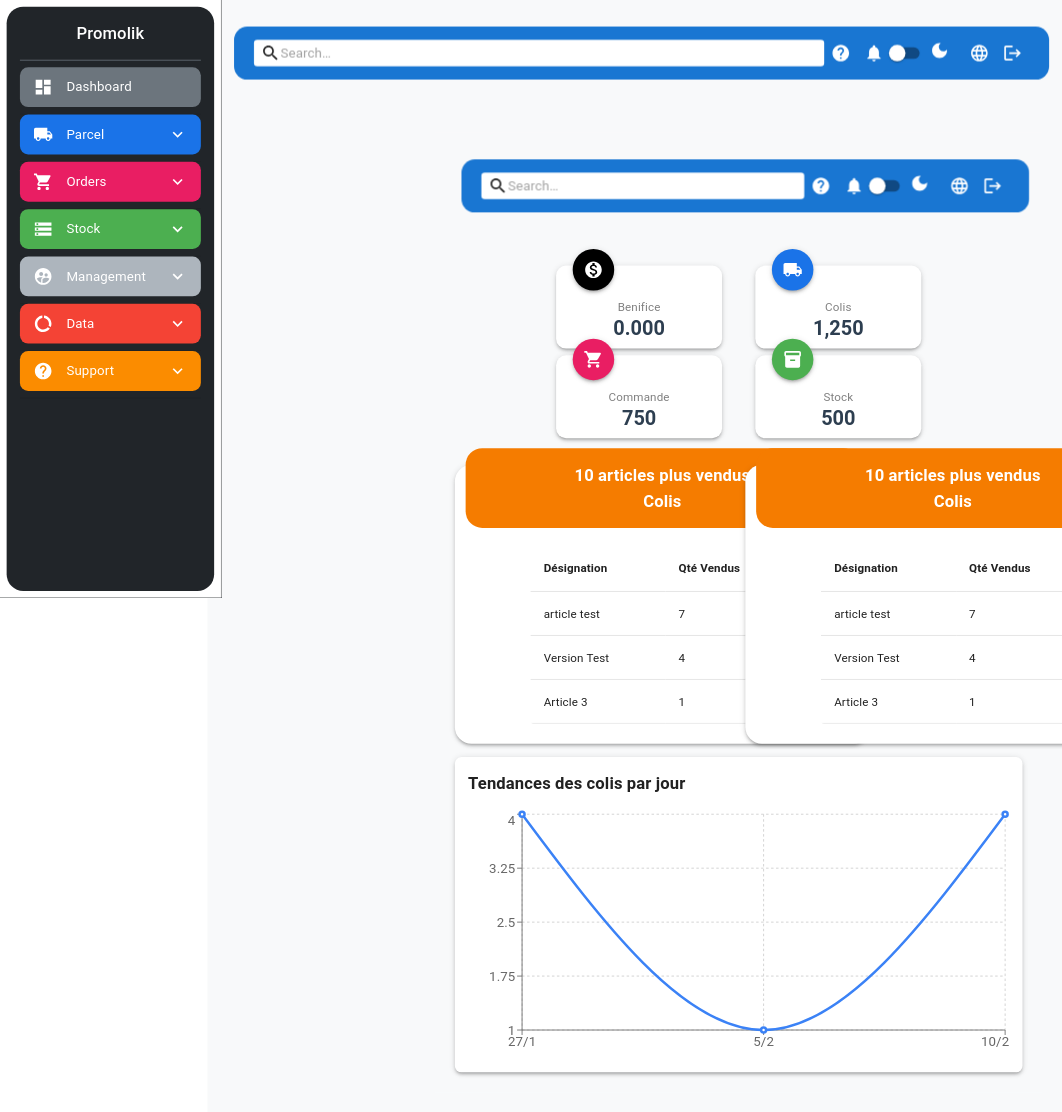
Repository: yosrjdly/stk
Page: /dashboard (app in dashboard/)
These files come from the project's save history. The page is drawn as it stood at one moment and after a run of saves; the edit follows.
The browser window is 1280 px wide. The pictures show the whole page, at 83% of full size.
The project was rebuilt for these pictures with package versions that can differ from the ones it lists, and the page was loaded fresh each time. The framework's server and built-in components were replaced by stand-ins that run in the browser. Also part of the build but not shown: dashboard/next.config.ts.

Above is the page before, as saved 2025-02-16 16:38:15.

After the next 5 saves:
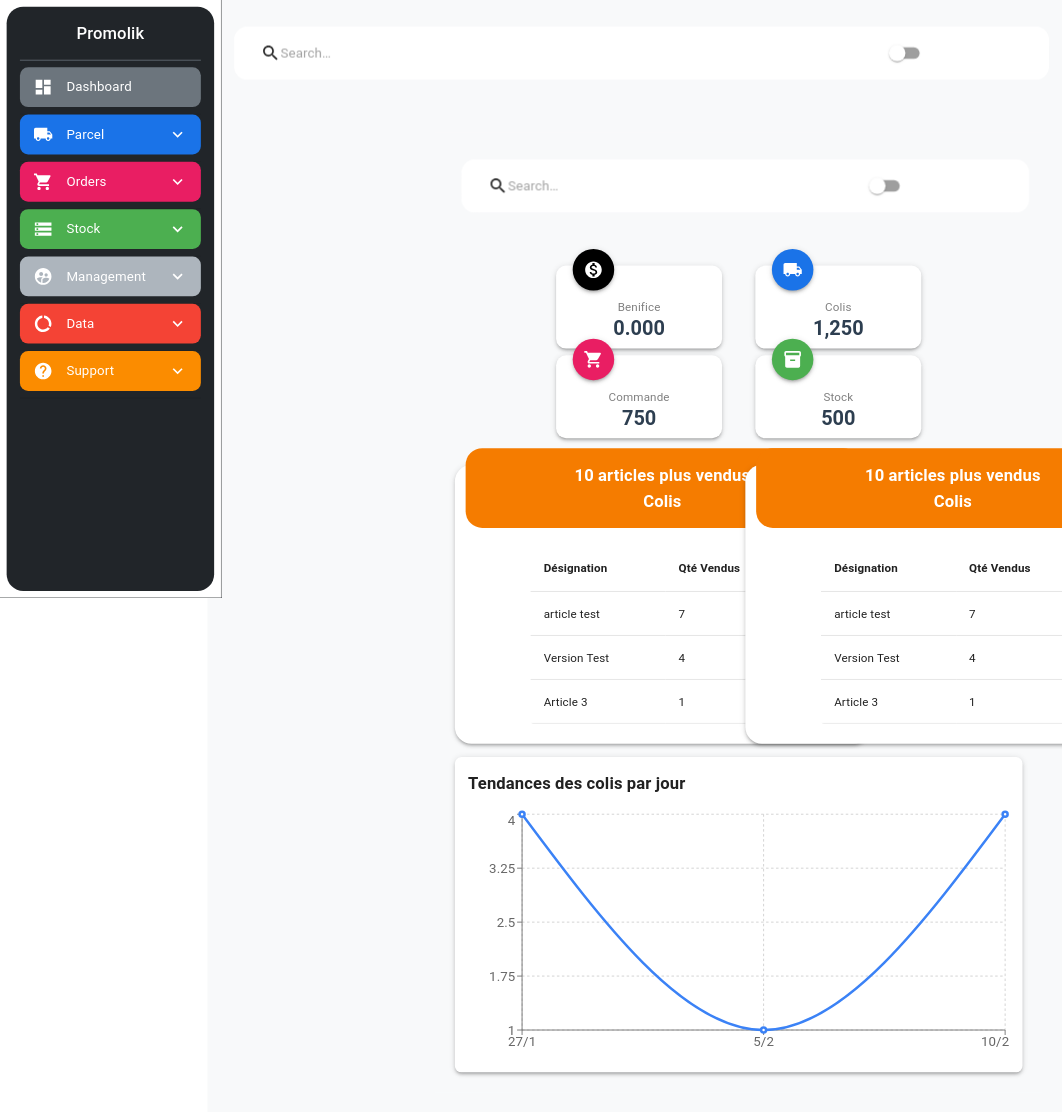
The 5 saves are shown as one change because 1 did not build or start and some came seconds apart.
The last was saved 52 s later.
--- a/dashboard/src/componenets/navbar/Navbar.tsx
+++ b/dashboard/src/componenets/navbar/Navbar.tsx
@@ -34,6 +34,7 @@ const Navbar = () => {
         boxShadow: 'none',
         backdropFilter: 'blur(10px)',
         zIndex: 1200,
+        backgroundColor:'#ffff'
       }}
     >
       <Toolbar>
